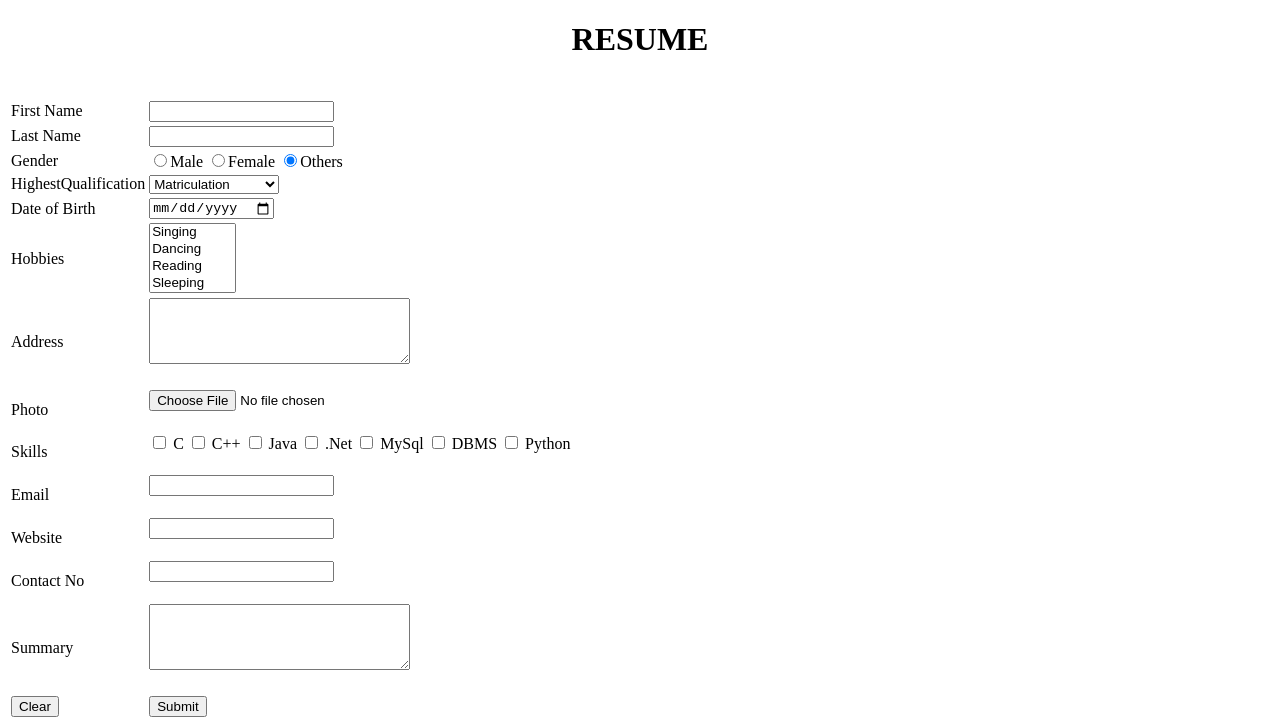
Repository: Rccalfa123/JEE
Page: MyFirstServlet/WebContent/Resume.html
An editor plug-in stored every save of this project. The page is shown before and after the next save, followed by the edit.
The browser window is 1280 px wide. The pictures show the whole page.

Above is the page before, as saved 2018-08-07 13:40:25.

After the next save:
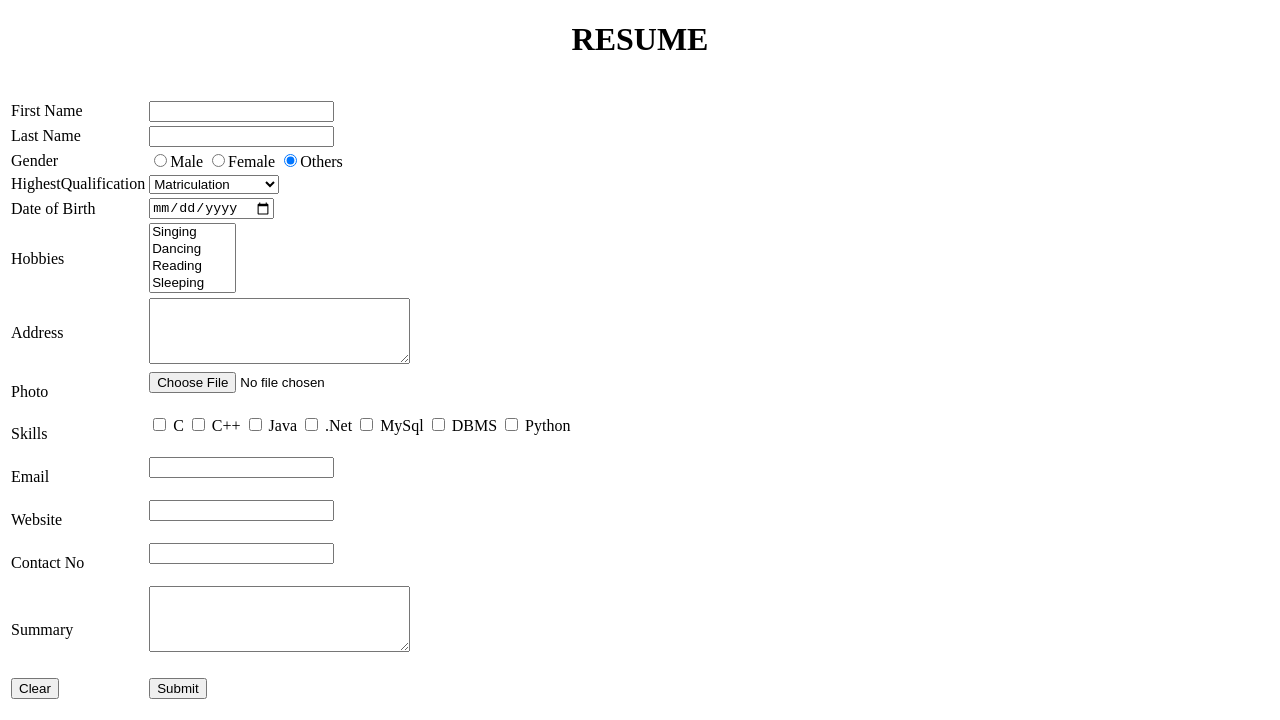
Saved 7 s later.
--- a/MyFirstServlet/WebContent/Resume.html
+++ b/MyFirstServlet/WebContent/Resume.html
@@ -34,7 +34,7 @@
             <option value="video_games">Video Games</option>
    			</select></td></tr>
 
-   <tr><td>Address</td><td> <textarea name="address"   rows="4" cols="30"></textarea><br><br></td></tr>
+   <tr><td>Address</td><td> <textarea name="address"   rows="4" cols="30"></textarea></td></tr>
 
    <tr><td>Photo</td><td><input type="file"  name="photo"><br><br></td></tr>
 
